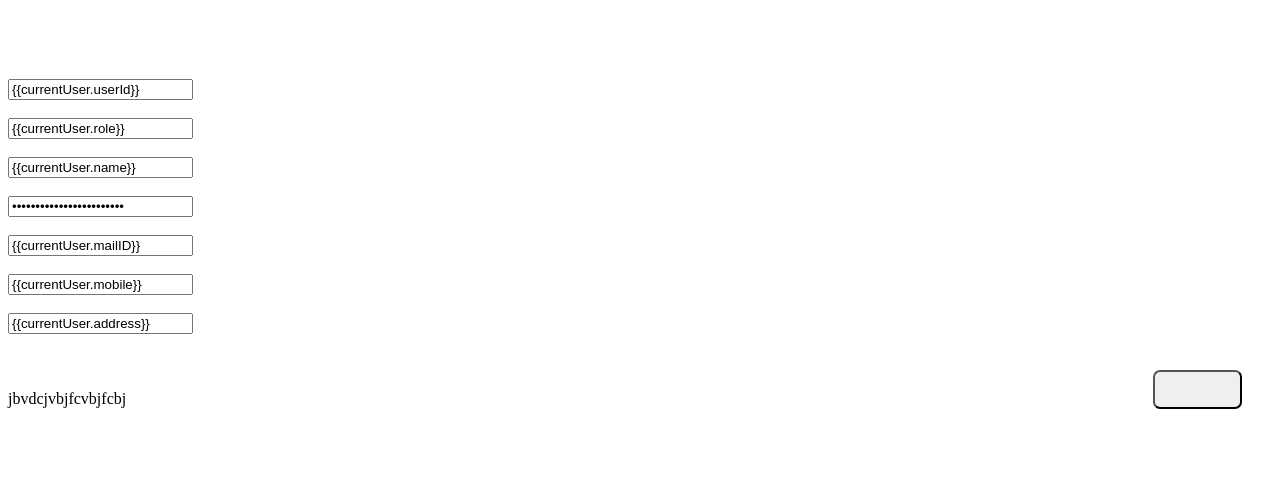
Repository: shailaja1601/collaborative_project
Page: CollabarationFrontEnd/WebContent/user/my_profile.html
The author's editor kept a copy of each file at every save. The page is drawn from the files as they stood at one save, then again after the next save.
The browser window is 1280 px wide. The pictures show the whole page.

Above is the page before, as saved 2017-02-07 20:12:39.

After the next save:
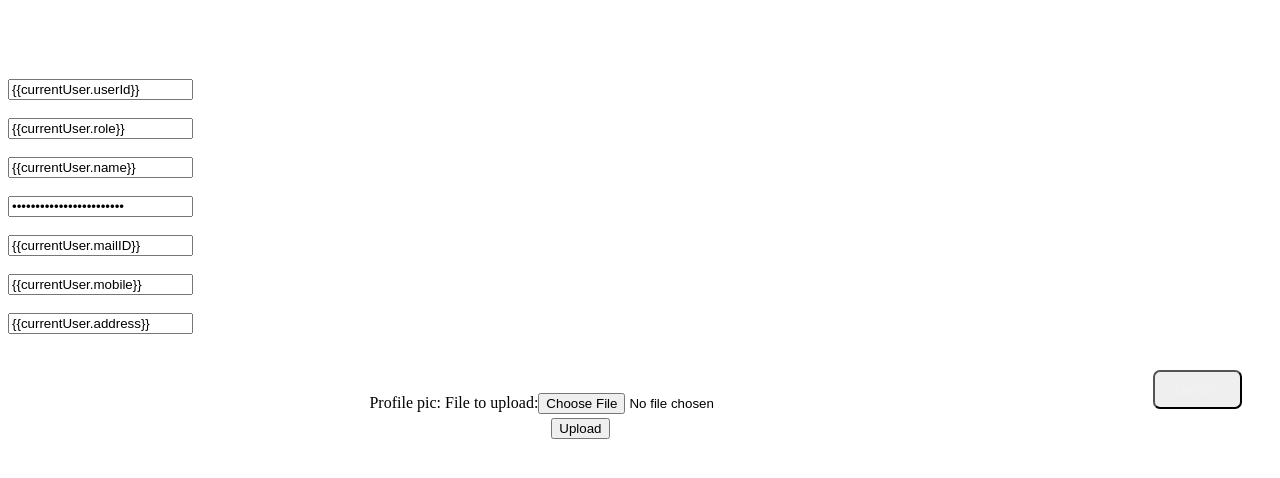
Saved 34 s later.
--- a/CollabarationFrontEnd/WebContent/user/my_profile.html
+++ b/CollabarationFrontEnd/WebContent/user/my_profile.html
@@ -131,7 +131,23 @@ background-color:rgba(255,255,255,0.1);
 </div>
 		<div class="col-xs-12 col-sm-6">
 		<div class="panel panel-body">
-		jbvdcjvbjfcvbjfcbj</div>
+		<div align="center">
+        <form method="post" action="http://localhost:8086/CollabarationBackEnd/doUpload" enctype="multipart/form-data">
+            <table border="0">
+                <tr>
+                    <td>Profile pic:</td>
+                    <td align="left">
+                   File to upload:<input type="file" name="image" path="image" size="50" /></td>
+                </tr>
+
+                <tr>
+                    <td colspan="2" align="center"><input type="submit" value="Upload" /></td>
+                </tr>
+
+
+            </table>
+        </form>
+    </div></div>
 		</div>
 </div>
 </div>
